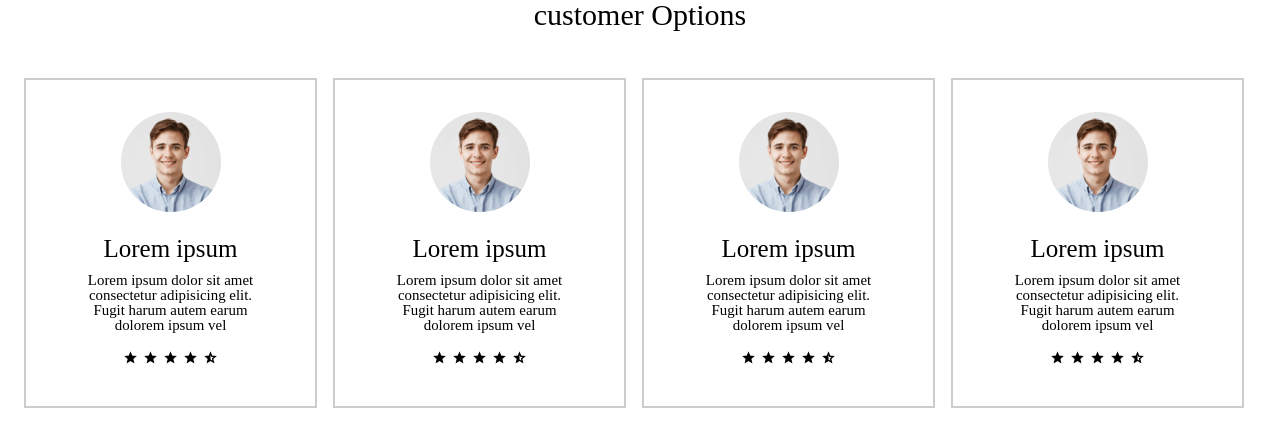
Repository: dinhhaidh/slider-3
Page: index.html
These files come from the project's save history. The page is drawn as it stood at one moment and after the next save; the edit follows.
The browser window is 1280 px wide. The pictures show the whole page.

Above is the page before, as saved 2024-03-22 21:09:30.

After the next save:
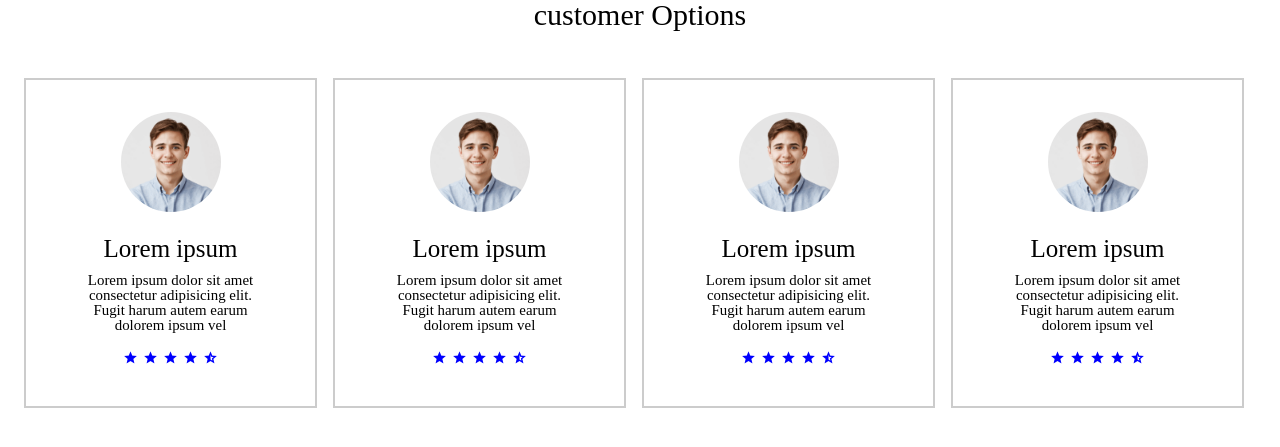
Saved 5 s later.
--- a/css/style.css
+++ b/css/style.css
@@ -69,7 +69,7 @@ body {
     font-size: 0.93rem;
 }
 .customer__star {
-  color: pr
+  color: blue;
 }
 .ri-star-s-fill{
 
